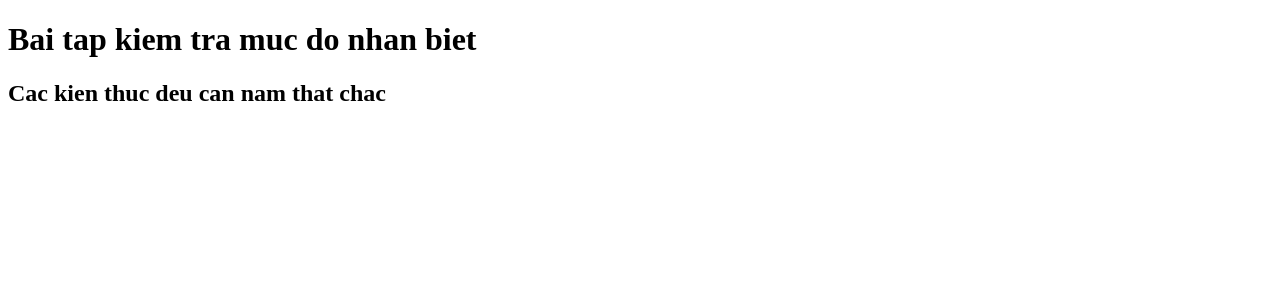
Repository: bachphamudu/my-tech-docs
Page: index.html
The author's editor kept a copy of each file at every save. The page is drawn from the files as they stood at one save, then again after the next save.
The browser window is 1280 px wide. The pictures show the whole page.

Above is the page before, as saved 2026-10-17 09:09:43.

After the next save:
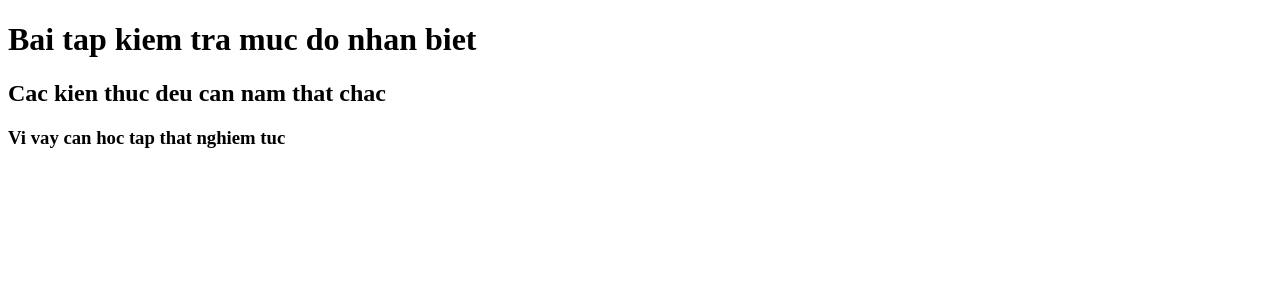
Saved 8 s later.
--- a/index.html
+++ b/index.html
@@ -8,6 +8,6 @@
 <body>
     <h1>Bai tap kiem tra muc do nhan biet</h1>
     <h2>Cac kien thuc deu can nam that chac</h2>
-    <h3></h3>
+    <h3>Vi vay can hoc tap that nghiem tuc</h3>
 </body>
 </html>
